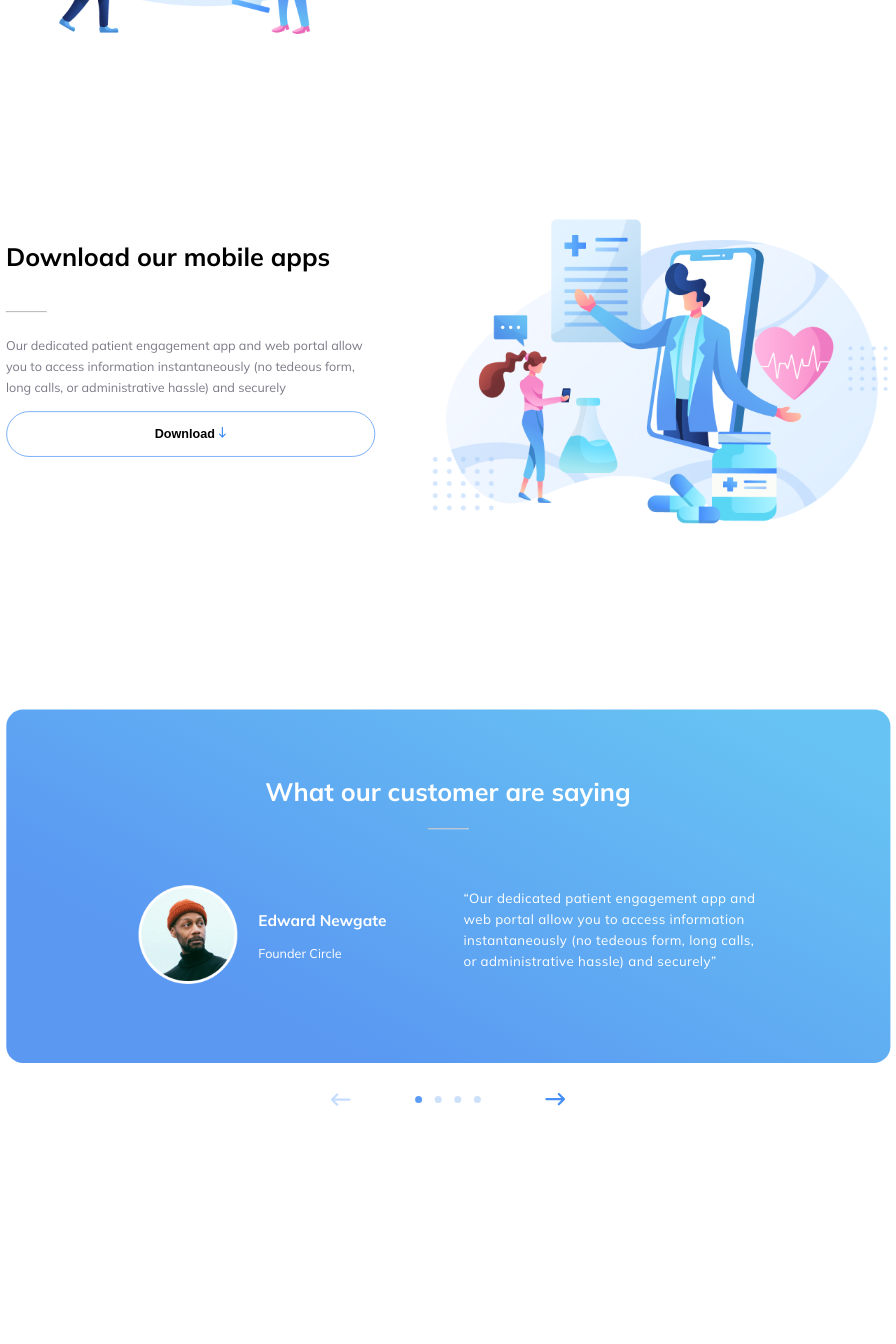
Repository: ivan-developer-01/trafalgar-layout
Page: index.html
The author's editor kept a copy of each file at every save. The page is drawn from the files as they stood at one save, then again after the next save.
The browser window is 1280 px wide. The pictures show the part of the page from y = 2632 to 4552 px (the page is 4552 px tall), at 70% of full size.

Above is the page before, as saved 2024-11-09 11:21:06.

After the next save:
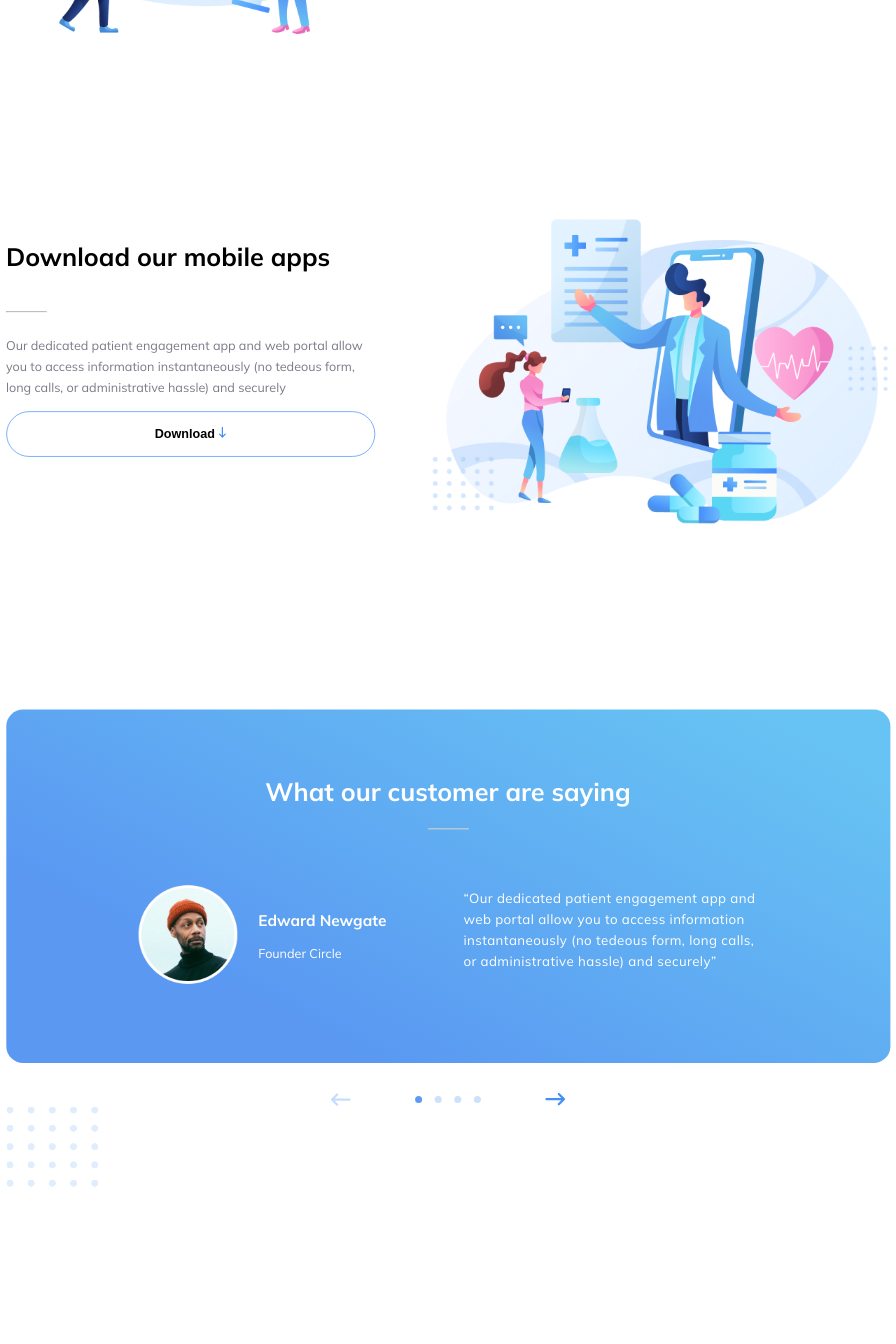
Saved 19 s later.
--- a/style.css
+++ b/style.css
@@ -355,6 +355,8 @@ p {
 
 .reviews .container::before {
 
+	bottom: 109px;
+	left: -50px;
 }
 
 .reviews .container::before,
@@ -364,8 +366,6 @@ p {
 	position: absolute;
 	width: 132px;
 	height: 115px;
-	bottom: 109px;
-	left: -50px;
 	background-image: url(images/overlay.svg);
 	background-repeat: no-repeat;
 	z-index: -1;
